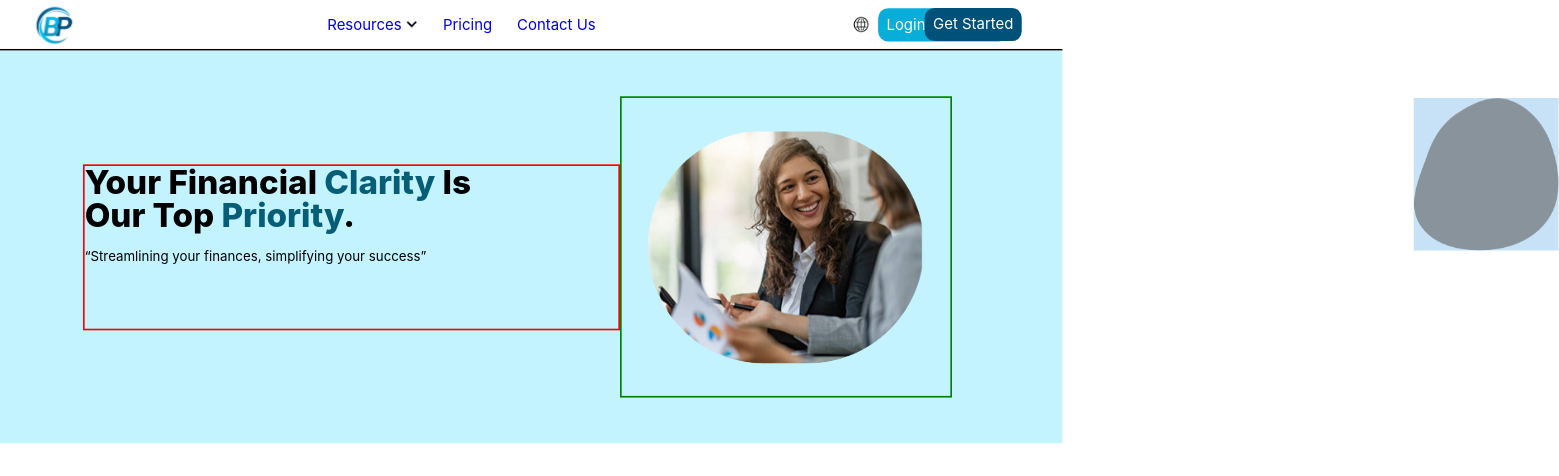
Repository: dark-txch/Bizpadi
Page: /
These files come from the project's save history. The page is drawn as it stood at one moment and after a run of saves; the edit follows.
The browser window is 1280 px wide. The page is 1878 px wide, so the pictures cover 1878 px, including what lies to the right of the window. The pictures show the whole page, at 83% of full size.
The project was rebuilt for these pictures with package versions that can differ from the ones it lists, and the page was loaded fresh each time. Also part of the build but not shown: vite.config.js.

Above is the page before, as saved 2025-04-02 05:08:34.

### index.html
<!DOCTYPE html>
<html lang="en">
	<head>
		<meta charset="UTF-8" />
		<link rel="icon" type="image/svg+xml" href="/public/logo.svg" />
		<meta name="viewport" content="width=device-width, initial-scale=1.0" />
		<title>Bizpadi</title>
	</head>
	<body>
		<div id="root"></div>
		<script type="module" src="/src/main.jsx"></script>
	</body>
</html>

### src/index.css
:root {
	font-family: system-ui, Avenir, Helvetica, Arial, sans-serif;
	line-height: 1.5;
	font-weight: 400;

	color-scheme: light dark;
	color: black;
	background-color: white;

	font-synthesis: none;
	text-rendering: optimizeLegibility;
	-webkit-font-smoothing: antialiased;
	-moz-osx-font-smoothing: grayscale;
}

* {
	box-sizing: border-box;
	padding: 0;
	margin: 0;
	outline: none;
	border: none;
}

body {
	height: 100vh;
	width: 100vw;
	overflow: hidden;

	font-family: "inter", sans-serif;
}

a {
	text-decoration: none;
}

### src/App.jsx
import "./App.css";
import Nav from "./components/LandingPage/Nav";
import MidSection from "./components/LandingPage/MidSection";

function App() {
	return (
		<>
			<Nav />
			<MidSection />
		</>
	);
}

export default App;

### src/App.css
/*  LANDING PAGE/Main container */

@font-face {
	font-family: "MyCustomFont";
	src: url("/fonts/Inter/Inter-Italic-VariableFont_opsz,wght.ttf")
			format("truetype"),
		url("/fonts/Inter/Inter-VariableFont_opsz,wght.ttf") format("truetype");
	font-weight: normal;
	font-style: normal;
}

nav.homepage-nav {
	/*  this is the parent container */
	width: 100vw;
	height: 61px;
	display: flex;
	font-size: 18px;
	align-items: center;
	justify-content: space-between;
	border-bottom: 2px solid #000;
	box-shadow: 1px 1px 2px 0px rgba(0, 0, 0, 0.25%);
}

nav.homepage-nav .logo {
	/* this is the first div "LOGO" */
	margin-left: 30px;
	margin-top: 10px;
}

nav.homepage-nav :nth-child(2) a {
	/* this is the middle div */
	width: 309px;
	height: 24px;
	position: relative;
}

.homepage-nav div:nth-child(2) a:nth-of-type(1) {
	margin-right: 50px;
}

.homepage-nav div:nth-child(2) a:nth-of-type(2) {
	margin-right: 30px;
}

nav.homepage-nav :nth-child(2) a > img {
	position: absolute;
}

.homepage-nav div:nth-child(3) {
	/* this is the login and get started container .. the third div*/
	width: 218px;
	height: 40px;
	display: flex;
	justify-content: center;
	align-items: center;
	gap: 10px;
	position: relative;
	color: white;
	border-radius: 12px;
	margin-right: 50px;
}

.homepage-nav div:nth-child(3) a:nth-of-type(1) {
	/* this is the login button */
	background-color: #09adda;
	color: inherit;
	display: inline-block;
	width: 157px;
	padding: 8px;
	height: inherit;
	padding-left: 10px;
	border-radius: inherit;
	display: flex;
	align-items: center;
}

.homepage-nav div:nth-child(3) a:nth-of-type(2) {
	/* this is the signup button */
	background-color: #00517a;
	color: inherit;
	display: inline-block;
	/* width: 110px; */
	padding-left: 10px;
	padding-right: 10px;
	height: inherit;
	border-radius: inherit;
	position: absolute;
	top: -2px;
	right: -10px;
	transform: translate(-9px, 1.5px);
	display: flex;
	align-items: center;
}

/* MIDSECTION */
.midSection {
	background-color: #c3f3ff;
	height: 473px;
	display: flex;
	align-items: center;
}

.landingPageMotto {
	display: inline-block;
	width: 647px;
	height: 200px;
	top: 166px;
	left: 113px;
	/* gap: 19px; */

	margin-left: 100px;

	border: 2px solid red;
}

.landingPageMotto > h1 {
	width: 538px;
	height: 96px;

	font-weight: 800;
	font-size: 40px;
	line-height: 100%;
	text-transform: capitalize;
}

.landingPageMotto > h1 span {
	color: #065d76;
}

.landingPageImages {
	position: relative;
	border: 2px solid green;
	width: 399.93px;
	height: 362.9px;
	display: flex;
	justify-content: center;
	align-items: center;
}

.landingPageImages > img {
	position: absolute;
}

.landingPageImages > img:nth-of-type(1) {
	width: 334.57px;
	height: 281.66px;

	border-radius: 150px;

	z-index: 100;

}

.landingPageImages > img:nth-of-type(2) {
	width: 175.07px;
	height: 184.4px;

	top: 0;
	left: 953.93px;

	background-color: #65b0e799;
	opacity: 0.6;
}

### src/components/LandingPage/Nav.jsx
export default function Nav() {
	return (
		// Main Landing container, parent housing the landing page
		<>
			{/* Inside of the main is the nav element */}
			<nav className="homepage-nav">
				<div className="logo">
					<img src="/assets/icons/logo.svg" alt="Bizpadi icon" />
				</div>

				{/* Second div */}
				<div>
					<a href="#">
						Resources
						<img src="/assets/icons/dropdown.png" alt="dropdown icon" />
					</a>
					<a href="#">Pricing</a>
					<a href="#">Contact Us</a>
				</div>

				{/* Third div */}
				<div>
					<img src="/assets/icons/world.png" alt="world" />
					<a href="#">Login</a>
					<a href="#">Get Started</a>
				</div>
			</nav>
		</>
	);
}

### src/components/LandingPage/MidSection.jsx
export default function MidSection() {
	return (
		<section className="midSection">
			<div className="landingPageMotto">
				<h1>
					Your financial <span>clarity</span> is our top <span>priority</span>.
				</h1>
				<p>“Streamlining your finances, simplifying your success”</p>
			</div>

			{/* This is the images section in the mid section */}
			<div className="landingPageImages">
				<img src="/assets/images/smiley.png" alt="smiley" />
				<img src="/assets/images/Vector-black.png" alt="vector-black" />
				<img src="/assets/images/Vector-blue.png" alt="vector-blue" />
				<img src="/assets/images/Vector-orange.png" alt="vector-orange" />
				<img src="/assets/images/Vector.png" alt="vector" />
			</div>
		</section>
	);
}

Loaded but not shown: src/main.jsx (common file)

After the next 3 saves:
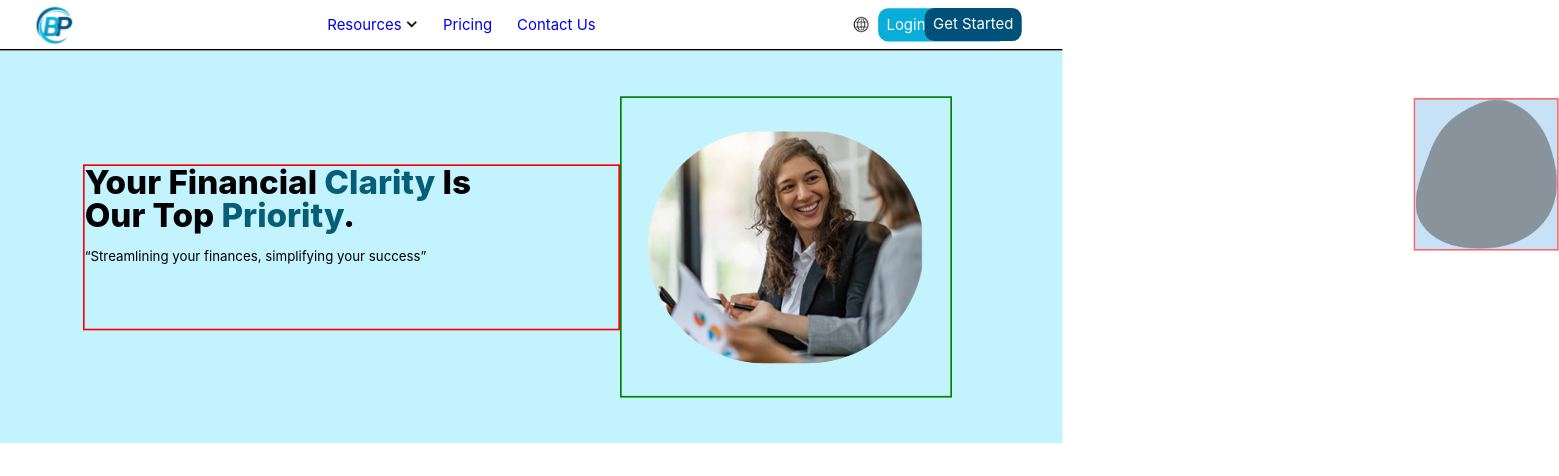
The 3 saves are shown as one change because they came seconds apart.
The last was saved 9 s later.
--- a/src/App.css
+++ b/src/App.css
@@ -148,16 +148,15 @@ nav.homepage-nav :nth-child(2) a > img {
 	border-radius: 150px;
 
 	z-index: 100;
-
 }
 
 .landingPageImages > img:nth-of-type(2) {
 	width: 175.07px;
 	height: 184.4px;
-
 	top: 0;
 	left: 953.93px;
-
 	background-color: #65b0e799;
 	opacity: 0.6;
+
+	border: 2px solid red;
 }
